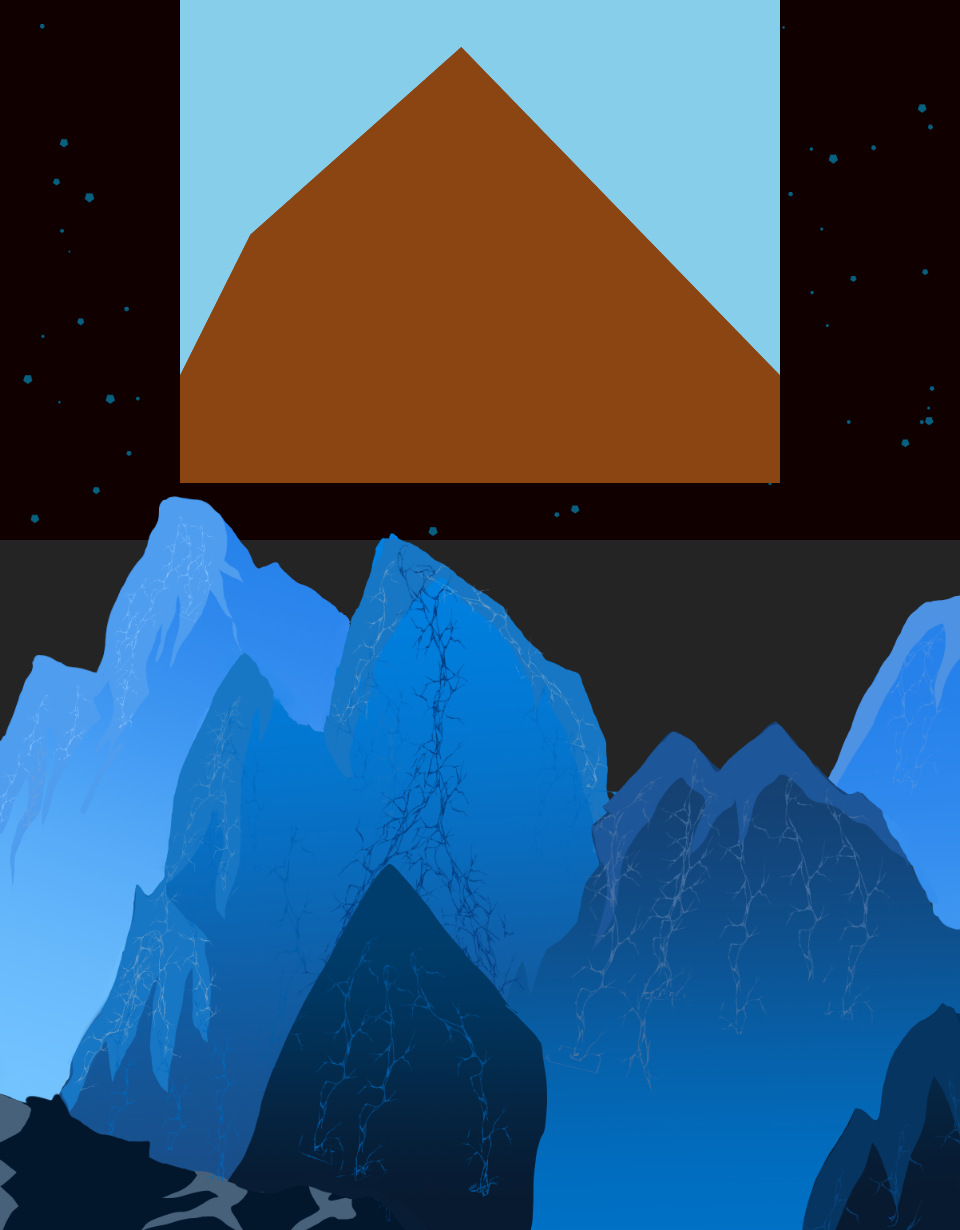
Repository: TMuse333/quantumDesigns
Page: /
These files come from the project's save history. The page is drawn as it stood at one moment and after the next save; the edit follows.
The browser window is 1280 px wide. The pictures show the whole page, at 75% of full size.
The project was rebuilt for these pictures with package versions that can differ from the ones it lists, and the page was loaded fresh each time. Also part of the build but not shown: vite.config.js, src/styles/navbar.css, src/components/navbar.jsx, src/styles/work.css, src/components/skillDesc.js, src/components/work.jsx, src/styles/testimonial.css, src/components/testimonials.jsx and 31 more. Imported but missing from the stored project, and not drawn on this page: src/images/best_dunk.mp4.

Above is the page before, as saved 2024-01-26 11:06:49.

### index.html
<!doctype html>
<html lang="en">
  <head>
    <meta charset="UTF-8" />
    <link rel="icon" type="image/svg+xml" href="/vite.svg" />
    <link rel="preconnect" href="https://fonts.googleapis.com">
<link rel="preconnect" href="https://fonts.gstatic.com" crossorigin>
<link href="https://fonts.googleapis.com/css2?family=Noto+Sans+Linear+A&display=swap" rel="stylesheet" integrity="your-integrity-value" crossorigin="anonymous">

<link rel="preconnect" href="https://fonts.googleapis.com">
<link rel="preconnect" href="https://fonts.gstatic.com" crossorigin>
<link href="https://fonts.googleapis.com/css2?family=Noto+Sans+Linear+A&family=Open+Sans:ital@1&display=swap" rel="stylesheet">
<link rel="stylesheet" href="https://fonts.googleapis.com/css2?family=Roboto:wght@400;700&display=swap">


    <meta name="viewport" content="width=device-width, initial-scale=1.0" />
    <title>Vite + React</title>
  </head>
  <body>
    <div id="root"></div>
    <script type="module" src="/src/main.jsx"></script>
  </body>
</html>

### src/main.jsx
import './index.css'
import * as React from 'react';
import { StrictMode } from 'react';
import { createRoot } from 'react-dom/client';
import { BrowserRouter } from 'react-router-dom';

import App from './App';

const rootElement = document.getElementById('root');
const root = createRoot(rootElement);

root.render(
  <StrictMode>
    <BrowserRouter>
      <App />
    </BrowserRouter>
  </StrictMode>
);

### src/index.css
:root {
  font-family: Inter, system-ui, Avenir, Helvetica, Arial, sans-serif;
  line-height: 1.5;
  font-weight: 400;

  color-scheme: light dark;
  color: rgba(255, 255, 255, 0.87);
  background-color: #242424;

  font-synthesis: none;
  text-rendering: optimizeLegibility;
  -webkit-font-smoothing: antialiased;
  -moz-osx-font-smoothing: grayscale;
}



html{
  overflow-x: hidden;
}

a {
  font-weight: 500;
color:white;
  text-decoration: inherit;
}
a:hover {

}

body {
  margin: 0;
  padding:0;
  display: flex;
  place-items: center;

  overflow-x: hidden;
}

h1 {
  font-size: 3.2em;
  line-height: 1.1;
}

button {
  border-radius: 8px;
  border: 1px solid transparent;
  padding: 0.6em 1.2em;
  font-size: 1em;
  font-weight: 500;
  font-family: inherit;
  background-color: #1a1a1a;
  cursor: pointer;
  transition: border-color 0.25s;
}
button:hover {

}
button:focus,
button:focus-visible {
  outline: 4px auto -webkit-focus-ring-color;
}

### src/App.jsx
import { useState } from 'react'
import { Link } from 'react-router-dom'



import './App.css'
import Navbar from './components/navbar'
import Layout from './components/layout'
import Testimonials from "./components/testimonials";
import {
  BrowserRouter as Router,

  Route, Routes

} from "react-router-dom";

import Booking from './components/booking'

import Portfolio from './components/portfolio'
import Overview from './components/overview'
import Services from './components/services'
import ServiceOverview from './components/serviceOverview'
import ParallaxLayout from './components/paralax'
import Layout2 from './components/layout2'
import Tenets from './components/tenets'
import Infographic from './components/infographic'
import Layout3 from './components/layout3'
function App() {
  const [count, setCount] = useState(0)



  return (
    <>

    <Routes>

      <Route path='/'
      // element={<Layout/>}
      element={<Layout3/>}

      />

      <Route path='tenets'

      element={<ParallaxLayout/>}
      >

      </Route>

      <Route path='booking' element={<Booking/>}>

      </Route>

      <Route path='about'
      element={<Overview/>}
      // element={<About/>}
      >

      </Route>

      <Route path='portfolio'
       element={<Portfolio/>}></Route>

       <Route path='react'
      //  element={<ServiceOverview/>}
      element={<Infographic/>}
       >

       </Route>


    </Routes>




     </>
  )
}

export default App

### src/App.css
#root {
  max-width: 1280px;
  margin: 0 auto;

  text-align: center;
}

:root{
  /* --primary-color:rgb(5, 23, 111); */
  --tag-color:rgb(10, 9, 17);
  --primary-color:rgb(13, 18, 22);
}

.sphere{
width:min-content;

z-index: 1;
position: relative;
margin-left: auto;
margin-right: auto;

}





@keyframes fallAnimation {
  0% {
    background-position: 0% 0%;
  }

  /* 50%{
    background-position: 0% 50%;
  } */

  100% {
    background-position: 0% 100%;
  }
}

#particles{
  z-index: -1 !important;

 }

 .layout3{
  width:100vw;
  position: absolute;
  left:0;
  overflow-x: hidden;
 }



.laut{
  width:100vw;

  /* height:100vh; */
  /* height:2000px; */

  position: absolute;
  left:0;
  /* top:0; */
/* background-image: url(src/images/quantum-realm.png); */
/* background-size: cover; */
  /* overflow-x: hidden; */
  padding: 0;
z-index: 13;
/* margin-top: -1rem; */





}

.gif-nation img{
  position: relative;
  z-index: 2;
  height:110vh;
  display: none;
}



@keyframes floatAnimation {
  0% {
    transform: translateY(0);
  }
  50% {
    transform: translateY(-5px);
  }
  100% {
    transform: translateY(0);
  }
}





@keyframes moveBackground {
  0% {
    background-position: 0% 0%;
  }

  50%{
    background-position: 50% 0%;
  }

  100% {
    background-position: 0% 0%;
  }
}



.parallax-layout{
  width:100vw;
  text-align: center;
margin-right: auto;
margin-left: auto;

background-image: url(src/images/sandy-bg.png);

  /* overflow: hidden; */
}

.before-title-text{
 font-weight: bold;
 margin-bottom: -0.5rem;
}

.bold-700{
  font-weight: 700;
}

.title-text{
  /* width:100vw; */
  /* font-weight: 350; */
  font-size: 2.1rem;
  margin-bottom: 1rem;
  font-family: 'spartan',sans-serif;
  color:#cfd0d0;

}

.description-text{
  padding: 0 15px 0 15px;
    font-family: 'Palatino Sans', 'Palatino Sans Informal', 'Palatino Sans Text', 'Palatino Sans W1G', 'Palatino Sans W01', sans-serif;
font-weight: 500;
font-size: 20px;
color:#cfd0d0

}

.button {
  display: inline-block;
  padding: 12px 24px;
  font-size: 16px;
  font-weight: bold;
  text-align: center;
  text-decoration: none;
  cursor: pointer;
  border: 2px solid #00bfff; /* Quantum blue color */
  color: #00bfff;
  background-color: transparent;
  border-radius: 8px;
  transition: background-color 0.3s ease, color 0.3s ease;
  width:max-content;
  margin-left: auto;
  margin-right: auto;
  margin-bottom: 3rem;
}

.button:hover {
  background-color: #00bfff; /* Quantum blue color on hover */
  color: #FFF; /* White text on hover */
}

.image-text-box {

  width:100vw;
}

.homepage-img{
  width:300px;
}

@media screen and (min-width:655px){
  /* .layout{
    height:100vh;
  } */
}

@media screen and (min-width: 865px)  {
  .image-text-box{
   margin-left: auto;
   margin-right: auto;
          display: grid;
          /* background-color: #00bfff; */
          width:90vw;
          max-width: 900px;
          grid-template-columns: 1fr 1fr; /* Two columns with equal width */
      gap:3rem;





  }



  .image-text-box img{


  }

  .homepage-img{
    width:50vw;
    max-width: 570px;
  }

  .image-text-box p{
    width:40vw;
    max-width: 350px;
    display: block;
    margin-block-start: 0em;
    margin-block-end: 1em;
    margin-inline-start: -1em;
    margin-inline-end: 0px;
    /* width:100%; */


  }

  .title-text{
    font-size: 2rem;
  }
}

### src/components/layout3.jsx
import React from "react";
import Content from "./content";
import ParticlesComponent from "./particles";
import { content1 } from "../componentData/data";
import { content2 } from "../componentData/data";
import Hero3 from "./herobanner3";
import MountainCanvas from "./mountain";

const Layout3 = () => {


    return (
        <>
        <ParticlesComponent/>
        <div className="layout3">
            <MountainCanvas/>
            <Hero3/>
            {/* <Content
            {...content1}/> */}
        </div>
        </>
    )
}


export default Layout3

### src/components/herobanner3.jsx
import React from "react";
import Sphere from "./sphere";
import '../styles/hero3.css'
import bg from '../images/no-bg-mountain.png'

const Hero3 = () => {


    return (
        <div className="hero3-container">
         <img src={bg}
        //  style={{
        //     height:'500px'
        //  }}
        />
        </div>
    )
}


export default Hero3

### src/components/particles.jsx
import { useEffect, useMemo, useState } from "react";
import Particles, { initParticlesEngine } from "@tsparticles/react";
import { loadSlim } from "@tsparticles/slim";

const ParticlesComponent = () => {
  const [init, setInit] = useState(false);

  useEffect(() => {
    initParticlesEngine(async (engine) => {
      await loadSlim(engine);
    }).then(() => {
      setInit(true);
    });
  }, []);

  const particlesLoaded = (container) => {
    console.log(container);
  };

  const options = useMemo(
    () => ({

      fullScreen:{
        enable:true,
        // width:'300px'

      },




      background: {
        color: {
          value: "#100000",
        },

      },
      fpsLimit: 120,
      interactivity: {
        events: {
          onClick: {
            enable: true,
            mode: "push",
          },
          onHover: {
            enable: true,
            mode: "grab",
          },
        },
        modes: {
          push: {
            quantity: 4,
          },
          repulse: {
            distance: 15,
            duration: 0.4,
          },
        },
      },
      particles: {
        color: {
          value: "#00bfff",
        },
        links: {
          color: "#ffffff",
          distance: 150,
          enable: false,
          opacity: 0.5,
          width: 1,
        },
        move: {
          direction: "random",
          enable: true,
          outModes: {
            default: "bounce",
          },
          random: false,
          speed: 0.1,
          straight: false,
          attract: {
            enable: true,
            rotateX: 600,
            rotateY: 1200,
          },
          trails:true,
        },
        number: {
          density: {
            enable: true,
          },
          value: 200,
        },
        opacity: {
          value: 0.5,
        },
        shape: {
          type: "polygon",
        },
        size: {
          value: { min: 1, max: 5 },
        },
      },
      detectRetina: false,
    }),
    []
  );

  if (init) {
    return (
      <>


      <Particles
        id="particles"
        particlesLoaded={particlesLoaded}
        options={options}
        style={{

      }}
      />
        </>
    );
  }

  return <></>;
};

export default ParticlesComponent;

### src/components/mountain.jsx
import React, { useEffect, useRef } from 'react';

const MountainCanvas = () => {
  const canvasRef = useRef(null);

  useEffect(() => {
    const canvas = canvasRef.current;
    const ctx = canvas.getContext('2d');

    // Draw the sky
    ctx.fillStyle = '#87CEEB'; // Sky Blue
    ctx.fillRect(0, 0, canvas.width, canvas.height);

    // Draw the mountain
    ctx.fillStyle = '#8B4513'; // Saddle Brown
    ctx.beginPath();
    ctx.moveTo(0, canvas.height);
    ctx.lineTo(0, 800); // Adjusted mountain height to 800
    ctx.lineTo(150, 500);
    ctx.lineTo(600, 100);
    ctx.lineTo(canvas.width, 800);
    ctx.lineTo(canvas.width, canvas.height);
    ctx.closePath();
    ctx.fill();

    // You can add more details, like snow on the mountain or other elements

  }, []);

  return (
  <canvas
  ref={canvasRef}
  height={1030}
  width={window.innerWidth} // Set the width to the window's inner width
  style={{ width: '100%', maxWidth: '800px' }}
/>
  )
};

export default MountainCanvas;

### src/styles/hero3.css
.hero3-container{
    /* margin-top: 5rem; */




  background-size: auto 1150px;
  background-position: 50% 30%;
  background-image: url(src/images/no-bg-mountain.png);
  height:1150px;
  position: relative;
margin-top: -10rem;


}


.hero3-container img{
    display: none;

    /* object-fit: cover;
    height:500px;
    width:100vw; */
    /* transform: scale(0.5); */
    /* height:80vw; */
    position: absolute;
    top:-25rem;
    left:0;
}




@media screen and (min-width:655px){
    .hero3-container{
        /* background-position: 50% 50%;  */
    }
}

Loaded but not shown: src/componentData/data.js (344 lines, source omitted)

After the next save:
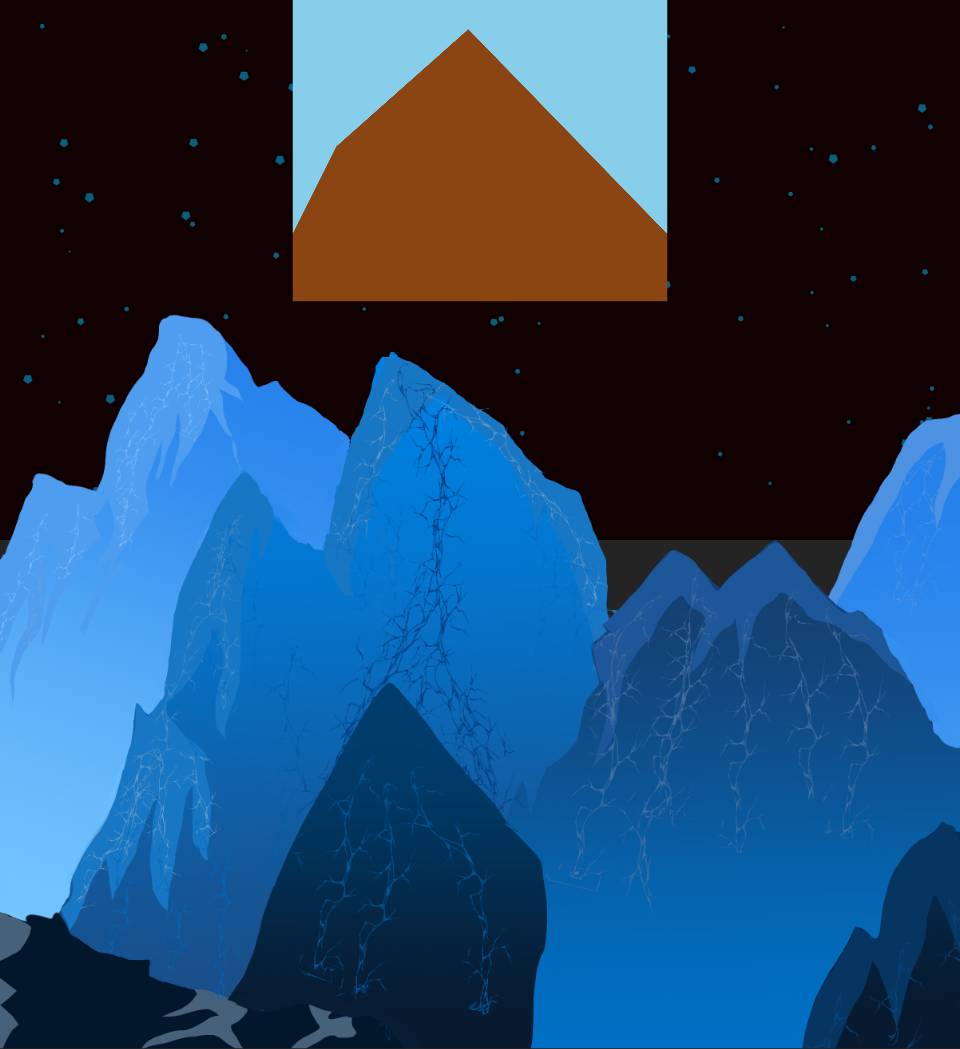
Saved 4 s later.
--- a/src/components/mountain.jsx
+++ b/src/components/mountain.jsx
@@ -32,7 +32,7 @@
   ref={canvasRef}
   height={1030}
   width={window.innerWidth} // Set the width to the window's inner width
-  style={{ width: '100%', maxWidth: '800px' }}
+  style={{ width: '100%', maxWidth: '500px' }}
 />
   )
 };
